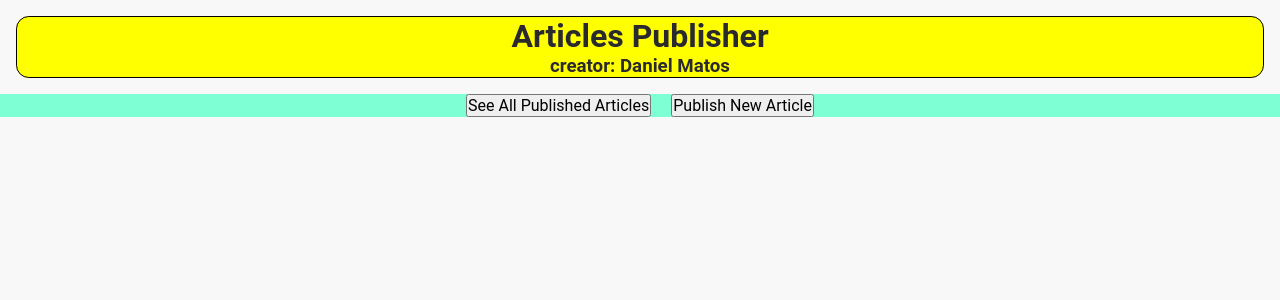
Repository: batmit/publish_articles
Page: /
An editor plug-in stored every save of this project. The page is shown before and after the next save, followed by the edit.
The browser window is 1280 px wide. The pictures show the whole page.
The project was rebuilt for these pictures with package versions that can differ from the ones it lists, and the page was loaded fresh each time. Also part of the build but not shown: src/pages/articles.tsx, src/styles/Home.scss, src/pages/publish_articles.tsx.

Above is the page before, as saved 2021-06-28 22:18:47.

### public/index.html
<!DOCTYPE html>
<html lang="en">
  <head>
    <meta charset="utf-8" />
    <meta name="viewport" content="width=device-width, initial-scale=1" />
    <meta name="theme-color" content="#000000" />
    <meta
      name="description"
      content="Web site created using create-react-app"
    />
    <title>publish_articles</title>
  </head>
  <body>
    <noscript>You need to enable JavaScript to run this app.</noscript>
    <div id="root"></div>
    <!--
      This HTML file is a template.
      If you open it directly in the browser, you will see an empty page.

      You can add webfonts, meta tags, or analytics to this file.
      The build step will place the bundled scripts into the <body> tag.

      To begin the development, run `npm start` or `yarn start`.
      To create a production bundle, use `npm run build` or `yarn build`.
    -->
  </body>
</html>

### src/App.tsx
import React from 'react';
import { BrowserRouter, Route } from 'react-router-dom';
import { Articles } from './pages/articles';


import {Home} from './pages/Home';
import { publish_articles } from './pages/publish_articles';

import './styles/global.scss';



function App() {
  return (

    <BrowserRouter>

      <Route path='/' exact component={Home} />

      <Route path='/articles' component={Articles} />

      <Route path='/publish' component={publish_articles}/>



    </BrowserRouter>

  );
}

export default App;

### src/pages/Home.tsx
import { useHistory } from 'react-router-dom'
import '../styles/Home.scss';

export function Home() {

    const history = useHistory();

    function publishNewArticle() {
        history.push('/publish');
    };

    function seeAllPublishedArticles() {
        history.push('/articles')
    };

    return (
        <>
            <header>

                <h1>Articles Publisher</h1>
                <h3>creator: Daniel Matos</h3>

            </header>

            <main>

                <button onClick={seeAllPublishedArticles}>
                    See All Published Articles
                </button>

                    <br />

                <button onClick={publishNewArticle}>
                    Publish New Article
                </button>

            </main>
        </>


    );
}

### src/styles/global.scss
* {
    margin: 0;
    padding: 0;
    box-sizing: boder-box;
}

body{
    background: #f8f8f8;
    color: #29292e;
}

body, input, button, textarea {
    font: 400 16px 'Roboto', sans-serif ; // se não rodar o Roboto pega o sans-serif
}

header {
    text-align: center;
    justify-content: center;
    align-items: center;
    background: yellow;
    border: 1px solid black;
    border-radius: 0.8rem;
    margin: 1rem;
}

main {
    align-items: center;
    justify-content: center;
    display: flex;
    gap: 10px;
    background: aquamarine;
    margin: 1px solid black;


}

Loaded but not shown: src/index.tsx (common file)

After the next save:
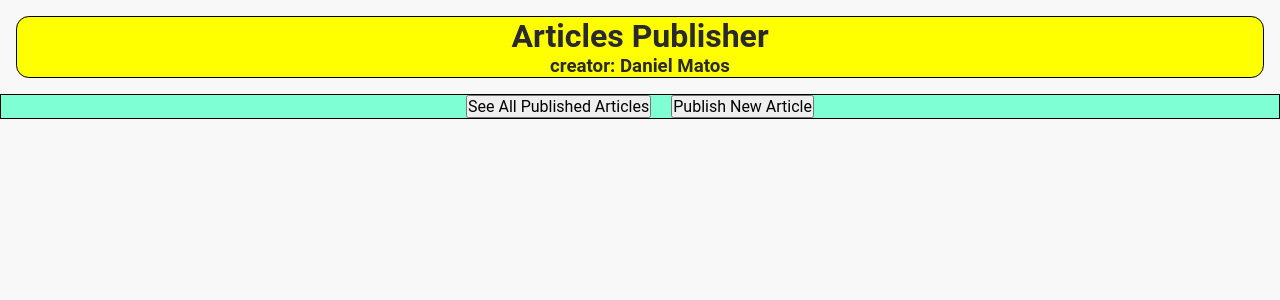
Saved 12 s later.
--- a/src/styles/global.scss
+++ b/src/styles/global.scss
@@ -29,7 +29,7 @@ main {
     display: flex;
     gap: 10px;
     background: aquamarine;
-    margin: 1px solid black;
+    border: 1px solid black;
 
 
 }
